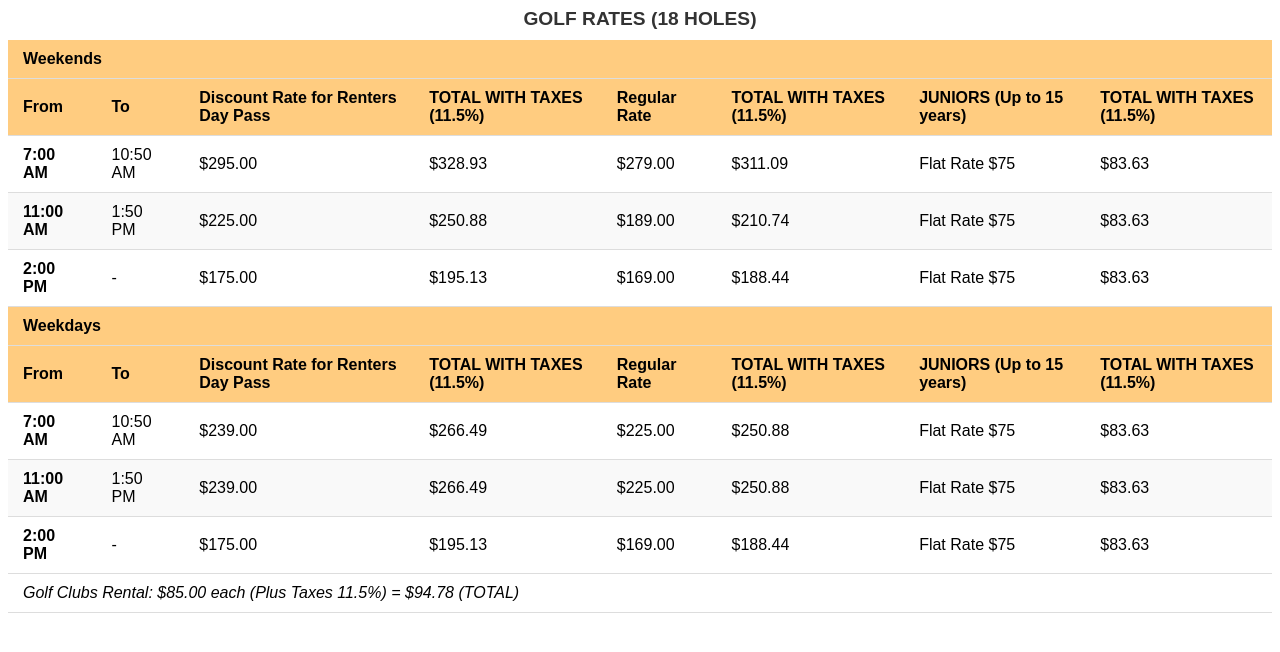
Repository: chvg1968/luxephonebook
Page: public/pages/golfrates.html
These files come from the project's save history. The page is drawn as it stood at one moment and after the next save; the edit follows.
The browser window is 1280 px wide. The pictures show the whole page.

Above is the page before, as saved 2025-01-23 16:58:28.

After the next save:
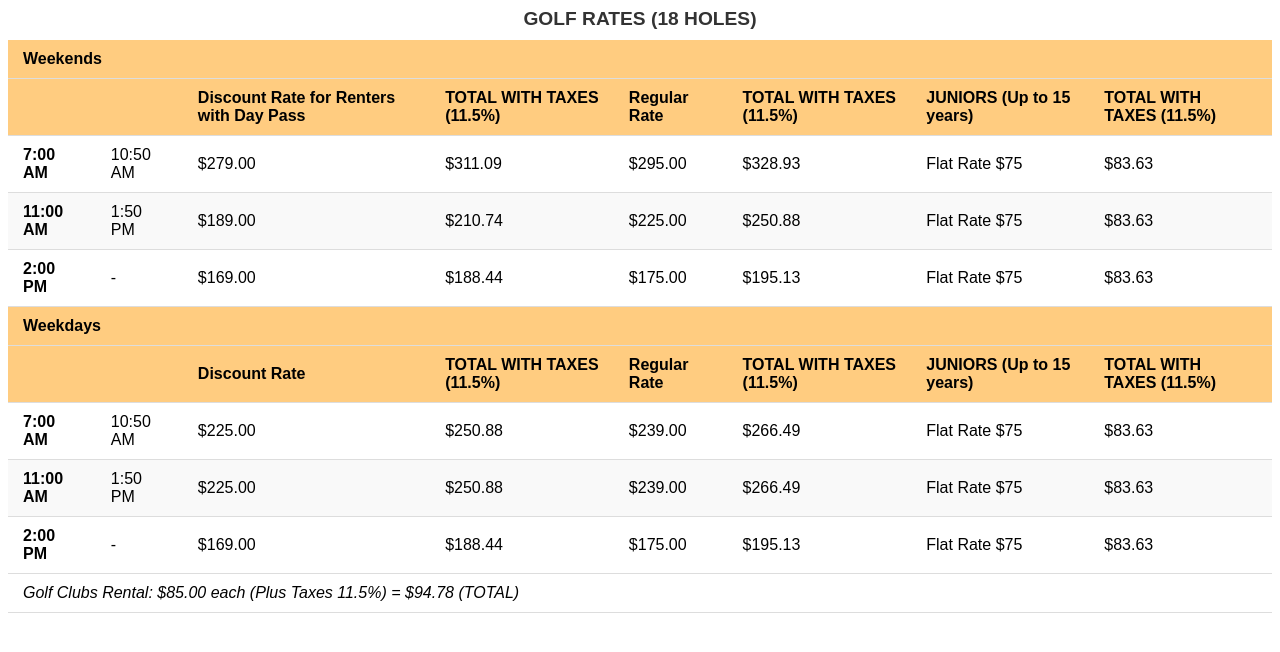
Saved 92 s later.
--- a/public/pages/golfrates.html
+++ b/public/pages/golfrates.html
@@ -3,7 +3,7 @@
 <head>
     <meta charset="UTF-8">
     <meta name="viewport" content="width=device-width, initial-scale=1.0">
-    <title>Document</title>
+    <title>Golf Rates</title>
     <link rel="stylesheet" href="/public/assets/styles/components/table.css">
 </head>
 <body>
@@ -14,9 +14,9 @@
             <th colspan="8">Weekends</th>
           </tr>
           <tr>
-            <th>From</th>
-            <th>To</th>
-            <th>Discount Rate for Renters Day Pass</th>
+            <th></th>
+            <th></th>
+            <th>Discount Rate for Renters with Day Pass</th>
             <th>TOTAL WITH TAXES (11.5%)</th>
             <th>Regular Rate</th>
             <th>TOTAL WITH TAXES (11.5%)</th>
@@ -28,30 +28,30 @@
           <tr>
             <th>7:00 AM</th>
             <td>10:50 AM</td>
+            <td>$279.00</td>
+            <td>$311.09</td>
             <td>$295.00</td>
             <td>$328.93</td>
-            <td>$279.00</td>
-            <td>$311.09</td>
             <td>Flat Rate $75</td>
             <td>$83.63</td>
           </tr>
           <tr>
             <th>11:00 AM</th>
             <td>1:50 PM</td>
+            <td>$189.00</td>
+            <td>$210.74</td>
             <td>$225.00</td>
             <td>$250.88</td>
-            <td>$189.00</td>
-            <td>$210.74</td>
             <td>Flat Rate $75</td>
             <td>$83.63</td>
           </tr>
           <tr>
             <th>2:00 PM</th>
             <td>-</td>
+            <td>$169.00</td>
+            <td>$188.44</td>
             <td>$175.00</td>
             <td>$195.13</td>
-            <td>$169.00</td>
-            <td>$188.44</td>
             <td>Flat Rate $75</td>
             <td>$83.63</td>
           </tr>
@@ -61,9 +61,9 @@
             <th colspan="8">Weekdays</th>
           </tr>
           <tr>
-            <th>From</th>
-            <th>To</th>
-            <th>Discount Rate for Renters Day Pass</th>
+            <th></th>
+            <th></th>
+            <th>Discount Rate</th>
             <th>TOTAL WITH TAXES (11.5%)</th>
             <th>Regular Rate</th>
             <th>TOTAL WITH TAXES (11.5%)</th>
@@ -75,30 +75,30 @@
           <tr>
             <th>7:00 AM</th>
             <td>10:50 AM</td>
+            <td>$225.00</td>
+            <td>$250.88</td>
             <td>$239.00</td>
             <td>$266.49</td>
-            <td>$225.00</td>
-            <td>$250.88</td>
             <td>Flat Rate $75</td>
             <td>$83.63</td>
           </tr>
           <tr>
             <th>11:00 AM</th>
             <td>1:50 PM</td>
+            <td>$225.00</td>
+            <td>$250.88</td>
             <td>$239.00</td>
             <td>$266.49</td>
-            <td>$225.00</td>
-            <td>$250.88</td>
             <td>Flat Rate $75</td>
             <td>$83.63</td>
           </tr>
           <tr>
             <th>2:00 PM</th>
             <td>-</td>
+            <td>$169.00</td>
+            <td>$188.44</td>
             <td>$175.00</td>
             <td>$195.13</td>
-            <td>$169.00</td>
-            <td>$188.44</td>
             <td>Flat Rate $75</td>
             <td>$83.63</td>
           </tr>
